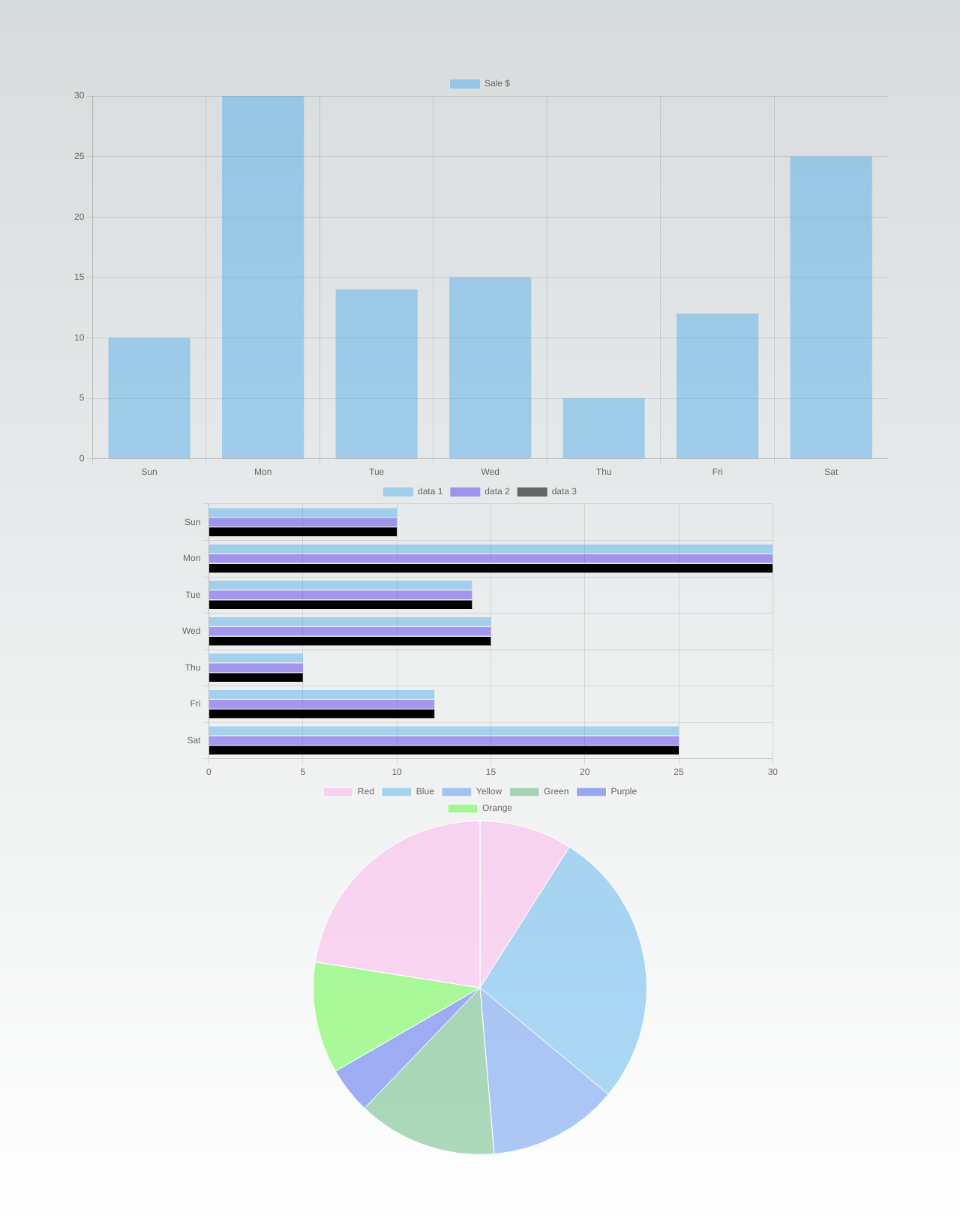
Repository: MonicaNguyenH/exercise-5
Page: /
The author's editor kept a copy of each file at every save. The page is drawn from the files as they stood at one save, then again after the next save.
The browser window is 1280 px wide. The pictures show the whole page, at 75% of full size.
The project was rebuilt for these pictures with package versions that can differ from the ones it lists, and the page was loaded fresh each time. The framework's server and built-in components were replaced by stand-ins that run in the browser. Also part of the build but not shown: next.config.mjs.

Above is the page before, as saved 2024-04-15 14:31:33.

After the next save:
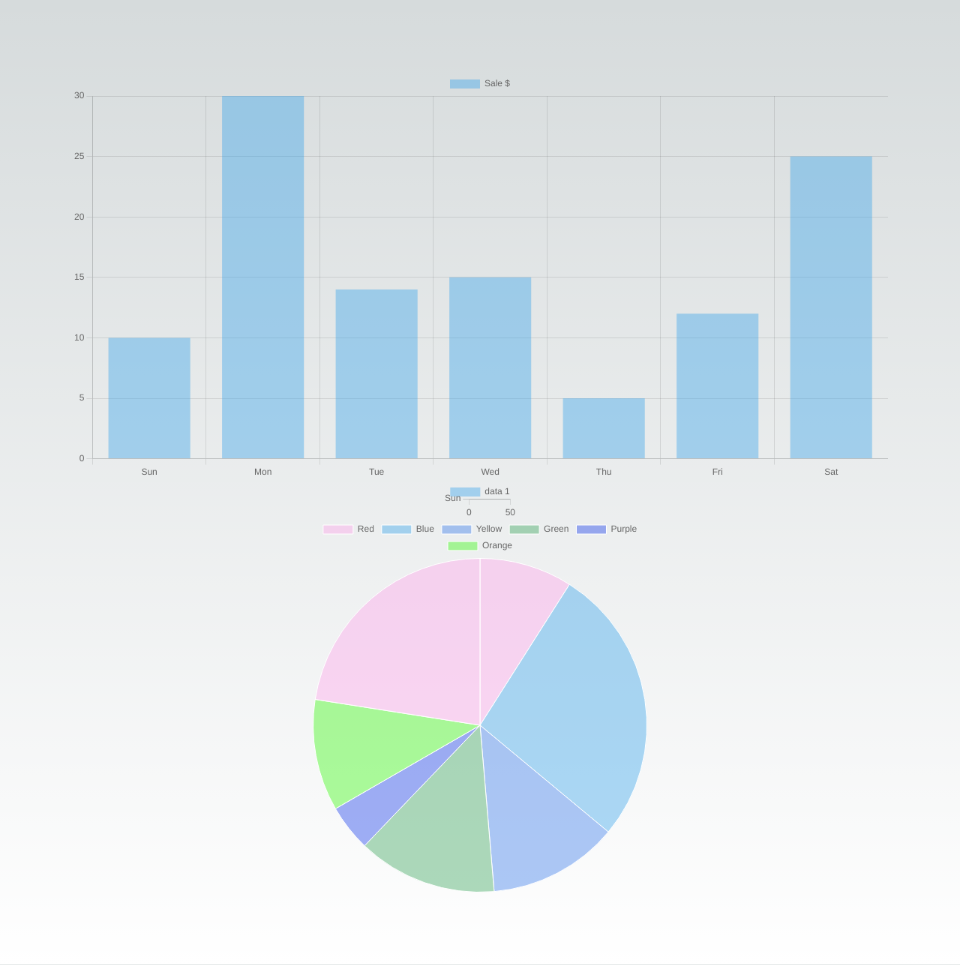
Saved 6 s later.
--- a/components/HorizontalChart/index.js
+++ b/components/HorizontalChart/index.js
@@ -72,7 +72,7 @@
     return(
         <>
             <div>
-                <Bar data={chartData} options={chartOptions} style={{ width: "800px", height: "500px"}}/>
+                <Bar data={chartData} options={chartOptions} style={{ width: "100px", height: "500px"}}/>
             </div>
         </>
     )

After the save that followed:
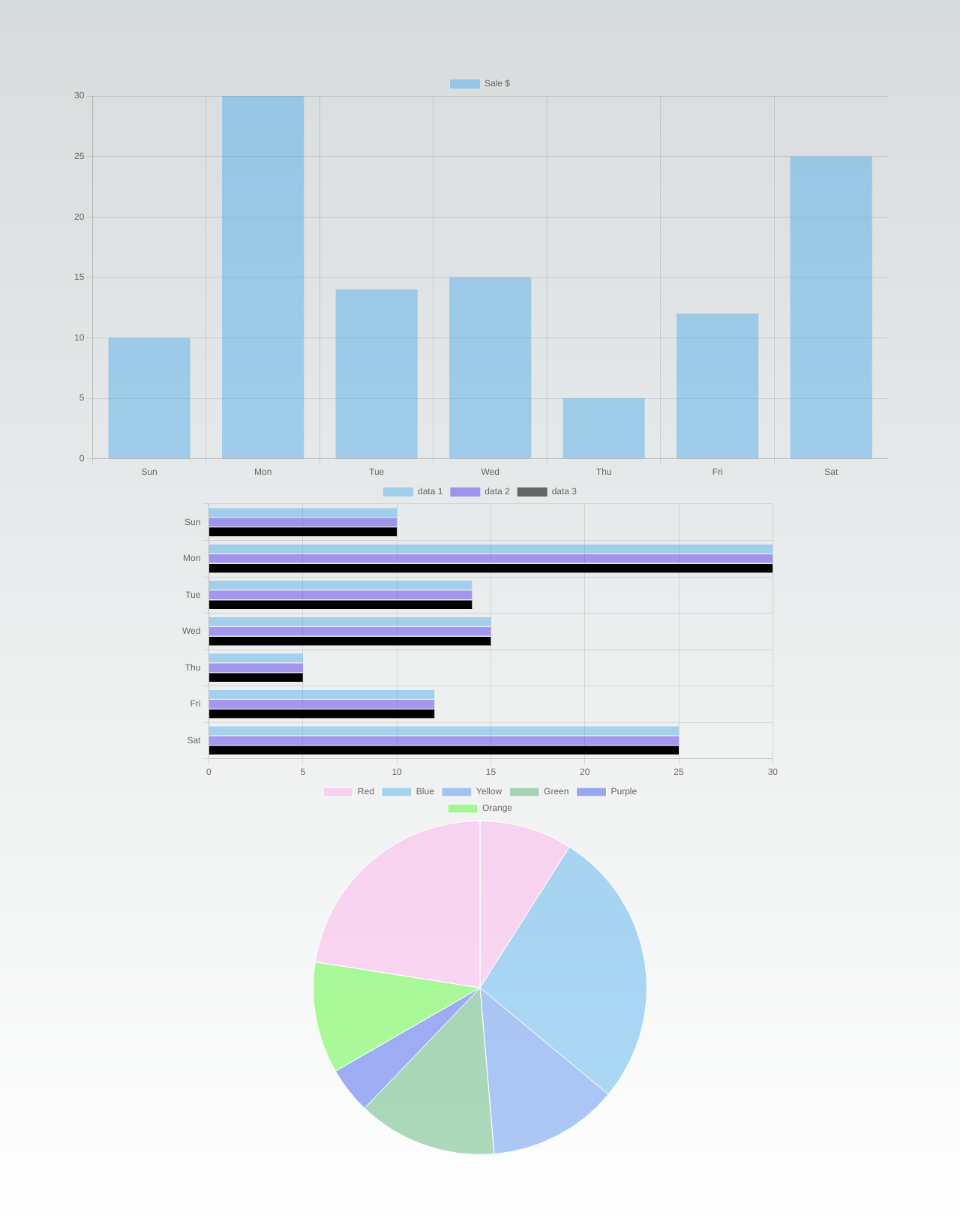
Saved 5 s later.
--- a/components/HorizontalChart/index.js
+++ b/components/HorizontalChart/index.js
@@ -72,7 +72,7 @@
     return(
         <>
             <div>
-                <Bar data={chartData} options={chartOptions} style={{ width: "100px", height: "500px"}}/>
+                <Bar data={chartData} options={chartOptions} style={{ width: "800px", height: "500px"}}/>
             </div>
         </>
     )
